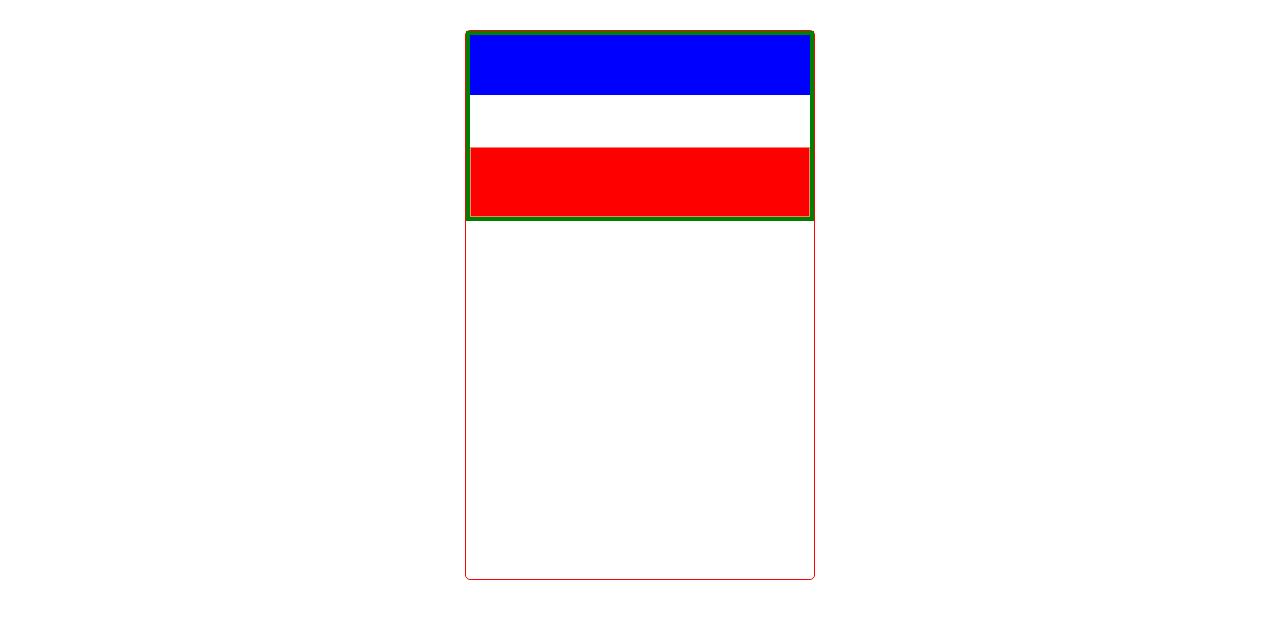
Repository: OfirLana/Calculator
Page: index.html
An editor plug-in stored every save of this project. The page is shown before and after the next save, followed by the edit.
The browser window is 1280 px wide. The pictures show the whole page.

Above is the page before, as saved 2019-03-12 17:37:24.

### index.html
<!DOCTYPE html>
<html lang="en">

<head>
    <meta charset="UTF-8">
    <meta name="viewport" content="width=device-width, initial-scale=1.0">
    <meta http-equiv="X-UA-Compatible" content="ie=edge">
    <link href="https://fonts.googleapis.com/css?family=Lato:100,300,400,700,900" rel="stylesheet">
    <title>Document</title>
    <link rel="stylesheet" href="style.css">
</head>

<body>
    <div class="calculator">
        <div class="out_put_box">
            <div class="main_out_put">
            </div>
            <div class="sub_out_put">
            </div>
        </div>










    </div>
    <script src="index.js"></script>
</body>

</html>

### style.css
* {
    margin: 0;
    padding: 0;
    box-sizing: border-box;
}

html {
    font-size: 62.5%;
}

body {
    font-family: "Lato", sans-serif;
    font-weight: 400;
    font-size: 1.6rem;
    line-height: 1.7;
    color: #777;
    padding: 3rem;
}

.calculator {
    display: flex;
    margin: 0 auto;
    width: 35rem;
    height: 55rem;
    border: 1px solid red;
    border-radius: 5px;
}

.out_put_box {
    display: flex;
    flex-direction: column;
    height: 19rem;
    border: 4px solid green;
    width: 100%;
    justify-content: space-between
}

.main_out_put {
    display: flex;
    border: 1px solid blue;
    height: 6rem;
    background:blue;

}

.sub_out_put {
    display: flex;
    border: 1px solid salmon;
    height: 7rem;
    background:red;
}

Loaded but not shown: index.js (no copy from this time; the picture is the same without it)

After the next save:
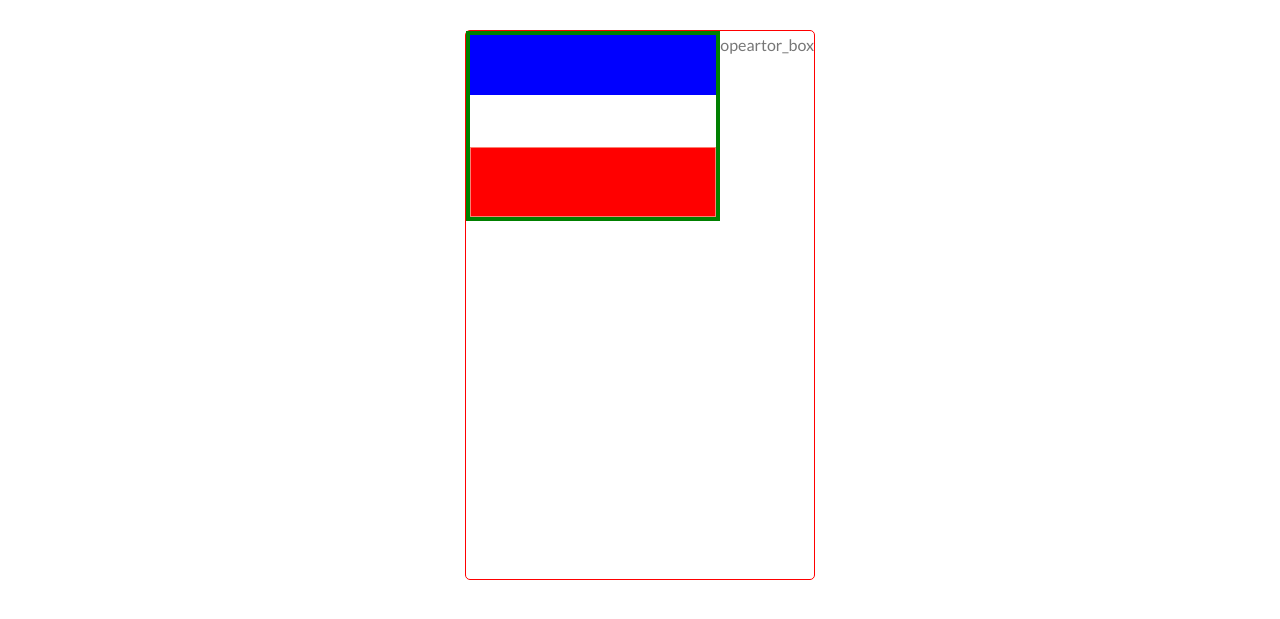
Saved 5 min 48 s later.
--- a/index.html
+++ b/index.html
@@ -19,7 +19,7 @@
             </div>
         </div>
 
-
+        opeartor_box
 
 
 

After the save that followed:
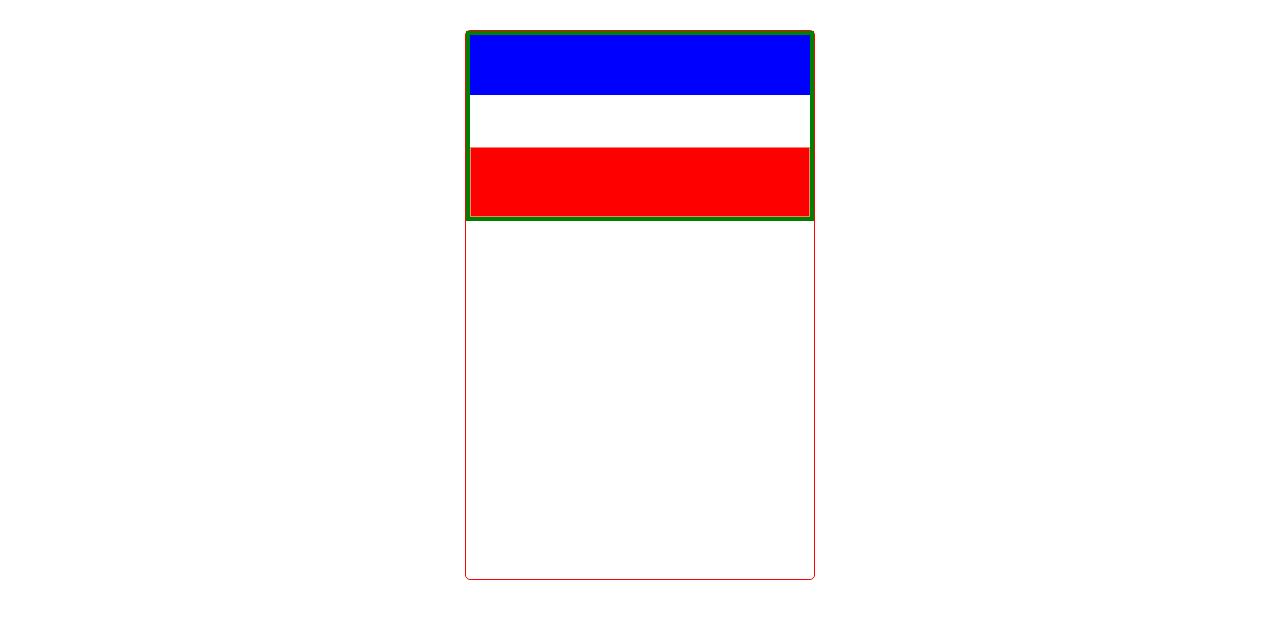
Saved 6 s later.
--- a/index.html
+++ b/index.html
@@ -19,7 +19,7 @@
             </div>
         </div>
 
-        opeartor_box
+        <opeartor_box></opeartor_box>
 
 
 
